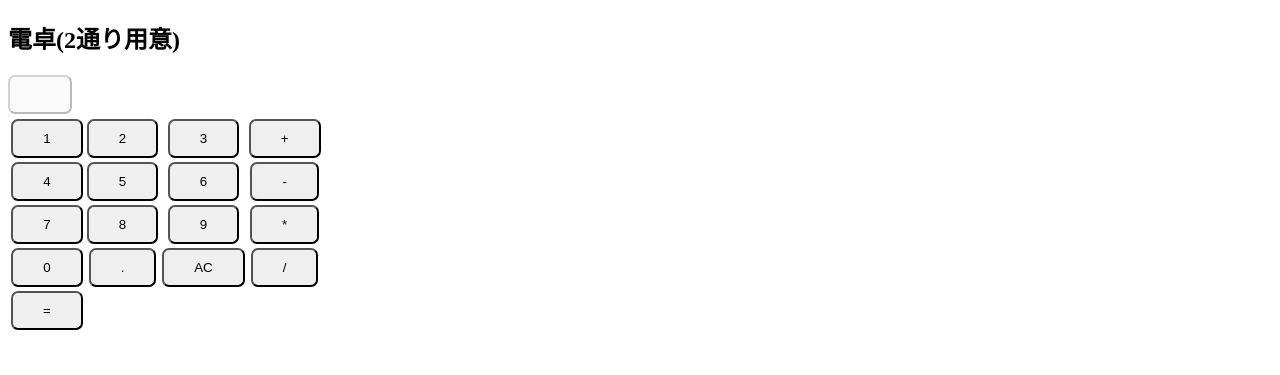
Repository: syokaturyou/potepan
Page: dentaku.html
The author's editor kept a record of every edit. The page is drawn from the files as they stood at one moment, then again after the next edit.
The browser window is 1280 px wide. The pictures show the whole page.

Above is the page before.

After the next edit:
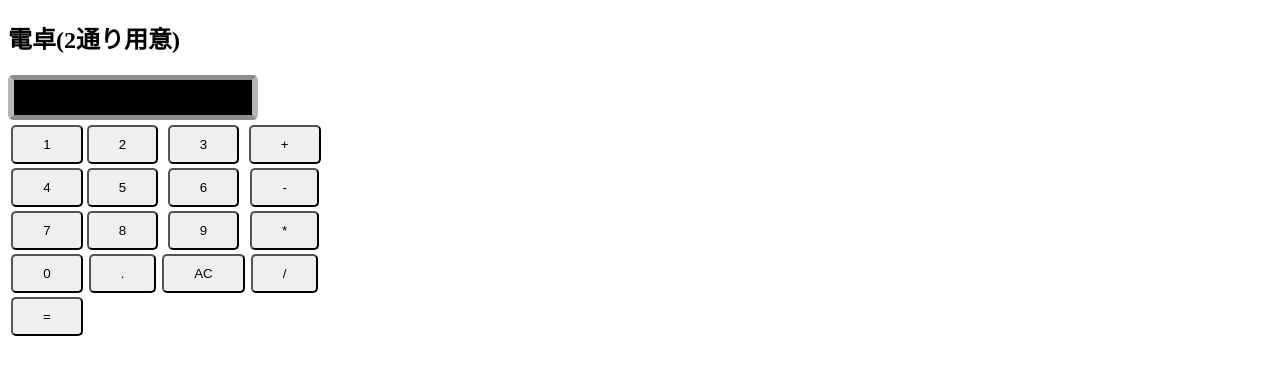
The edit:
--- a/css/main.css
+++ b/css/main.css
@@ -8,8 +8,21 @@
 }
  input {
   padding: 10px 30px;
-  border-radius: 7px;
+  border-radius: 5px;
 }
+
+.display {
+      width: 250px;
+      text-align: right; /* 文字を右詰めに */
+      /* 見た目の詳細設定 */
+      background: black;
+      border-top: solid #dcdcdca4 5px;
+      border-bottom: solid #dcdcdca4 5px;
+      border-right: solid #b6b6b6 6px;
+      border-left: solid #b6b6b6 6px;
+      border-radius: 5px;
+    }
+
 .plus{
     background-color: lightgreen;
 }
